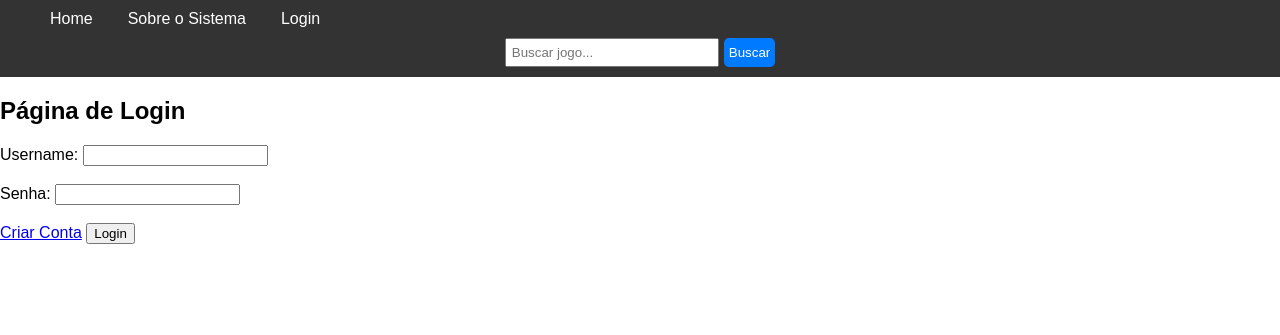
Repository: lucasparila/JogosEletronicos
Page: http://localhost/JogosEletronicos/view/login.jsp
An editor plug-in stored every save of this project. The page is shown before and after the next save, followed by the edit.
The browser window is 1280 px wide. The pictures show the whole page.
The page is served by Tomcat 9. Other server files are loaded and not shown.

Above is the page before, as saved 2025-05-17 18:53:19.

### JogosEletronicos/src/main/webapp/view/login.jsp
<%@ page contentType="text/html; charset=UTF-8" pageEncoding="UTF-8" %>
<!DOCTYPE html>
<html>
<head>
    <title>Cadastrar Jogo</title>
    <link rel="stylesheet" href="<%= request.getContextPath() %>/css/header.css">
</head>
<body>

<%
    String contextPath = ((HttpServletRequest) request).getContextPath();
%>

    <jsp:include page="header.jsp" />
    <h2 class="titulo-login">Página de Login</h2>

    <form class="form-login" action="<%= request.getContextPath() %>/login" method="post">
        <label>Username:</label>
        <input type="text" name="username" required><br><br> <!-- Correção aqui -->

        <label>Senha:</label>
        <input type="password" name="senha" required><br><br> <!-- Correção aqui -->

        <a href="<%= contextPath %>/view/criar-conta.jsp">Criar Conta</a>
        <input type="submit" value="Login">
    </form>

    <% String mensagem = (String) session.getAttribute("mensagem"); %>
<% if (mensagem != null) { %>
    <p style="color: red;"><%= mensagem %></p>
    <% session.removeAttribute("mensagem"); %> <!-- Remove após exibir -->
<% } %>
</body>
</html>

### JogosEletronicos/src/main/webapp/view/header.jsp
<%@ page contentType="text/html; charset=UTF-8" pageEncoding="UTF-8" session="true" %>
<!DOCTYPE html>
<html>
<head>
    <title>Header</title>
    <link rel="stylesheet" href="<%= request.getContextPath() %>/css/header.css">
</head>
<body>

<%
    String username = (String) session.getAttribute("username");
    String contextPath = request.getContextPath();
%>

<header>
    <nav class="navbar">

            <% if (username != null) { %>
            	 <ul class="menu">
            		<li><a href="<%= contextPath %>/index.jsp">Home</a></li>
            		<li><a href="<%= contextPath %>/view/sobre-sistema.jsp">Sobre o Sistema</a></li>
            		<li><a href="<%= contextPath %>/view/exibirJogo.jsp">Meus jogos</a></li>
            		<li class="usuario"><span class="saudacao"><%= username %>!</span></li>
               		<li class="sair"><a href="<%= contextPath %>/logout" class="logout">Sair</a></li>
       			 </ul>

            <% } else { %>
           		 <ul class="menu">
           			 <li><a href="<%= contextPath %>/index.jsp">Home</a></li>
            		 <li><a href="<%= contextPath %>/view/sobre-sistema.jsp">Sobre o Sistema</a></li>
            		 <li><a href="<%= contextPath %>/view/login.jsp">Login</a></li>
       			 </ul>

            <% } %>
    </nav>

    <!-- Campo de busca -->
    <form action="<%= contextPath %>/buscar-jogo" method="post" class="search-form">
        <input type="text" name="titulo" placeholder="Buscar jogo..." required>
        <button type="submit">Buscar</button>
    </form>
</header>

</body>
</html>

### JogosEletronicos/src/main/webapp/css/header.css
body, html {
    margin: 0;
    padding: 0;
    font-family: Arial, sans-serif;
}

header {
    background-color: #333;
    padding: 10px;
    display: flex;
    flex-direction: column;
    align-items: center;
}

.navbar {
    display: flex;
    justify-content: space-between;
    width: 100%;
    max-width: 1200px;
    align-items: center;
}

.menu {
    list-style: none;
    padding: 0;
    margin: 0;
    display: flex;
}

.menu li {
    margin-right: 15px;
}

.menu li a {
    color: #fff;
    text-decoration: none;
    padding: 5px 10px;
    transition: background-color 0.3s;
}

.menu li a:hover {
    background-color: #555;
}

.usuario{
	margin-left: 700px;
}

.sair{
	margin-left: 800px;
}
.search-form {
    margin-top: 10px;
    display: flex;
    justify-content: center;
    width: 100%;
}

.search-form input[type="text"] {
    padding: 5px;
    margin-right: 5px;
    width: 200px;
}

.search-form button {
    padding: 5px;
    background-color: #007bff;
    color: #fff;
    border: none;
    cursor: pointer;
    border-radius: 5px;
}

.search-form button:hover {
    background-color: #0056b3;
}

### JogosEletronicos/src/main/webapp/css/login.css
.form-login {
    display: block;
    max-width: 400px;
    margin: auto;
}

.titulo-login {
	margin-left: 700px;
}

.form-login  input[type="text"],
.form-login  textarea,
.form-login  input[type="file"] {
    width: 100%;
    padding: 8px;
    margin-bottom: 10px;
}
.form-login  button,
.form-login  input[type="submit"] {
    padding: 8px;
    background-color: #007bff;
    color: white;
    border: none;
    cursor: pointer;
}

After the next save:
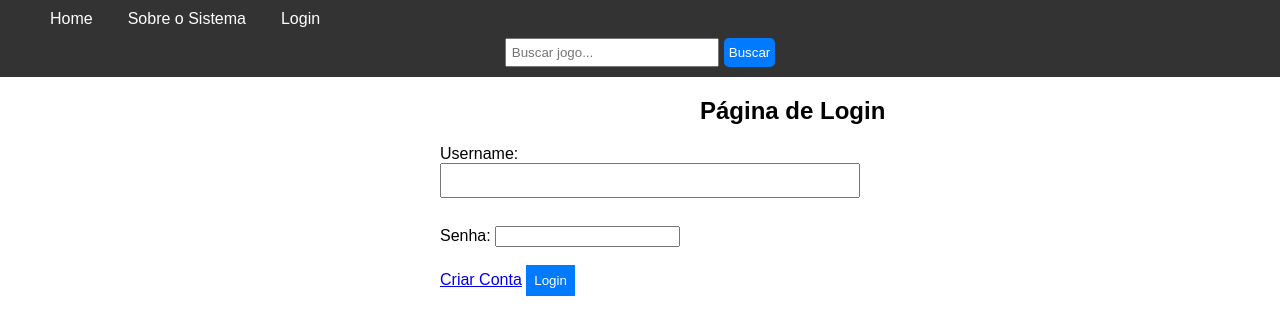
Saved 24 s later.
--- a/JogosEletronicos/src/main/webapp/view/login.jsp
+++ b/JogosEletronicos/src/main/webapp/view/login.jsp
@@ -4,6 +4,7 @@
 <head>
     <title>Cadastrar Jogo</title>
     <link rel="stylesheet" href="<%= request.getContextPath() %>/css/header.css">
+    <link rel="stylesheet" href="<%= request.getContextPath() %>/css/login.css">
 </head>
 <body>
 
